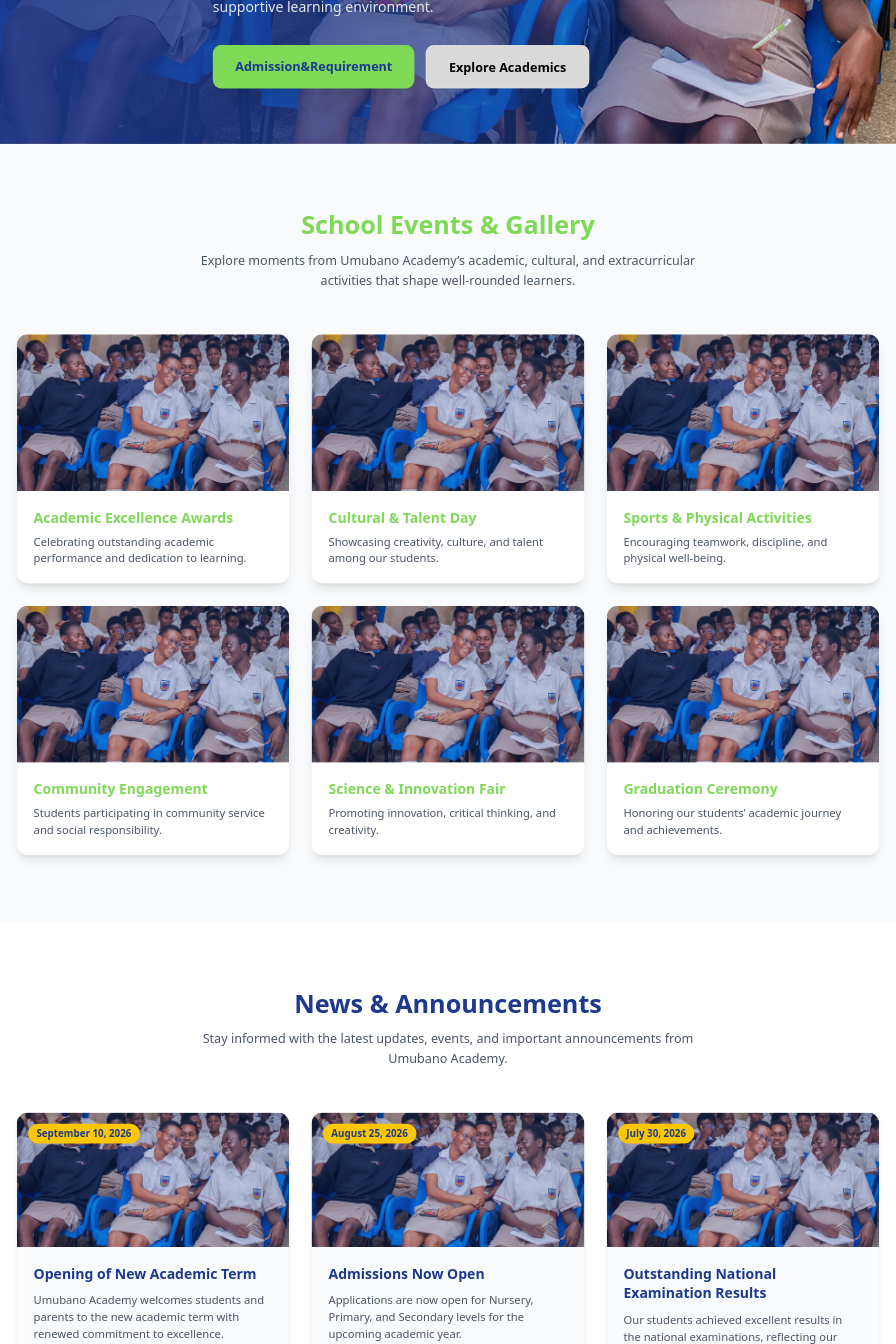
Repository: Umubano-Academy/umubano-academy-website
Page: /
The author's editor kept a copy of each file at every save. The page is drawn from the files as they stood at one save, then again after the next save.
The browser window is 1280 px wide. The pictures show the part of the page from y = 639 to 2559 px (the page is 4935 px tall), at 70% of full size.
The project was rebuilt for these pictures with package versions that can differ from the ones it lists, and the page was loaded fresh each time. Also part of the build but not shown: vite.config.js, src/components/guest/Admission.jsx, src/components/guest/Academic.jsx, src/components/guest/About.jsx, src/components/admin/sidebar/data/menuData.js, src/components/admin/sidebar/SideBar.jsx, src/components/admin/Header/Header.jsx, src/components/admin/LayOut.jsx and 3 more.

Above is the page before, as saved 2026-01-13 18:58:36.

### index.html
<!doctype html>
<html lang="en">
  <head>
    <meta charset="UTF-8" />
    <!-- <link rel="icon" type="image/svg+xml" href="/vite.svg" /> -->
    <meta name="viewport" content="width=device-width, initial-scale=1.0" />
    <title>umubano-academy</title>
  </head>
  <body>
    <div id="root"></div>
    <script type="module" src="/src/main.jsx"></script>
  </body>
</html>

### src/App.jsx
import React from 'react'
import { BrowserRouter, Route, Routes } from 'react-router-dom'
import NavBar from './components/guest/NavBar'
import Hero from './components/guest/Hero'
import Event from './components/guest/Event'
import News from './components/guest/News'
import Layout from './components/guest/Layout'
import Home from './components/guest/Home'
import Admission from './components/guest/Admission'
import Academic from './components/guest/Academic'
import About from './components/guest/About'
import LayOut from './components/admin/LayOut'
import Dashboard from './components/admin/pages/Dashboard'
import Login from './components/guest/forms/Login'
import ResetPassword from './components/guest/forms/ResetPassword'


function App() {
  return (
    <BrowserRouter>

    <Routes>
      <Route path='/' element={<Layout />}>
      <Route index element={<Home />} />
      <Route path='/admission' element={<Admission />} />
      <Route path='/academic' element={<Academic />} />
      <Route path='/aboutus' element={<About />} />
      <Route path='/login' element={<Login />} />
      <Route path="/password-reset" element={<ResetPassword />} />
      </Route>

      <Route path='/admin' element={<LayOut />}>
      <Route index element={<Dashboard />} />
      </Route>
    </Routes>
    </BrowserRouter>

  )
}

export default App

### src/components/guest/NavBar.jsx
import React, { useState } from "react"
import { Menu, X, Phone, Mail, GraduationCap } from "lucide-react"
import { motion, AnimatePresence } from "framer-motion"
import logo from "../../assets/UALOGO.png"
import { Link } from "react-router-dom"

function NavBar() {
  const [open, setOpen] = useState(false)

  const navLinks = [
    "Home",
    "About",
    "Academics",
    "Admissions",
    "News",
    "Events",
    "Contact",
  ]

  return (
    <>
      {/* Top Info Bar */}
      <div className="hidden md:flex justify-between items-center px-8 py-2 bg-[#FFDE59] text-white text-sm">
        <div className="flex items-center gap-4">
          <span className="flex items-center gap-1 text-xl text-[#0AB0EE] font-medium">
            <Phone size={18} /> +250 782029655
          </span>
          <span className="flex text-xl items-center gap-1  text-[#0AB0EE] font-medium">
            <Mail size={18} /> info@umubanoacademy.rw
          </span>
        </div>
        <span className=" text-xl  text-[#0AB0EE] font-medium">Excellence in Education</span>
      </div>

      {/* Main Navbar */}
      <header className="sticky top-0 z-50 bg-white/80 backdrop-blur-xl shadow-sm">
        <div className="max-w-7xl mx-auto px-6">
          <div className="flex items-center justify-between h-20">

            {/* Logo */}
            <Link to="/" className="flex items-center gap-3">
              <img src={logo} alt="Umubano Academy Logo" className="w-16 h-16 object-contain" />
              {/* <div className="w-12 h-12 bg-blue-900 text-white flex items-center justify-center rounded-xl">
                <GraduationCap size={28} />
              </div> */}
              <div>
                <h1 className="text-xl font-bold text-blue-900">
                  Umubano Academy
                </h1>
                <p className="text-xs text-gray-500">
                  Knowledge • Discipline • Excellence
                </p>
              </div>
            </Link>

            {/* Desktop Menu */}
            <nav className="hidden lg:flex items-center gap-10">
              {navLinks.map((link) => (
                <a
                  key={link}
                  href={`/${link.toLowerCase()}`}
                  className="relative text-gray-700 font-medium hover:text-blue-900 transition group"
                >
                  {link}
                  <span className="absolute left-0 -bottom-1 w-0 h-0.5 bg-blue-900 transition-all group-hover:w-full"></span>
                </a>
              ))}
            </nav>

            {/* CTA */}
            <div className="hidden lg:flex">
              <a
                href="/login"
                className="bg-[#0AB0EE] text-white px-6 py-3 rounded-xl font-medium shadow-lg hover:shadow-xl transition"
              >
                Sign in
              </a>
            </div>

            {/* Mobile Menu Button */}
            <button
              onClick={() => setOpen(!open)}
              className="lg:hidden text-blue-900"
            >
              {open ? <X size={30} /> : <Menu size={30} />}
            </button>
          </div>
        </div>

        {/* Mobile Menu */}
        <AnimatePresence>
          {open && (
            <motion.div
              initial={{ opacity: 0, y: -20 }}
              animate={{ opacity: 1, y: 0 }}
              exit={{ opacity: 0, y: -20 }}
              transition={{ duration: 0.3 }}
              className="lg:hidden bg-white shadow-xl"
            >
              <div className="flex flex-col px-6 py-6 gap-6">
                {navLinks.map((link) => (
                  <a
                    key={link}
                    href={`/${link.toLowerCase()}`}
                    className="text-lg font-medium text-gray-700 hover:text-blue-900"
                    onClick={() => setOpen(false)}
                  >
                    {link}
                  </a>
                ))}

                <Link to="login"

                  className="mt-4 text-center bg-blue-900 text-white py-3 rounded-xl font-medium"
                >
                  Login
                </Link>
              </div>
            </motion.div>
          )}
        </AnimatePresence>
      </header>
    </>
  )
}

export default NavBar

### src/components/guest/Hero.jsx
import React from "react"
import { motion } from "framer-motion"
import heroImage from "../../assets/umubano.jpg"

function Hero() {
  return (
    <section
      className="relative h-screen flex items-center"
      style={{
        backgroundImage: `url(${heroImage})`,
        backgroundSize: "cover",
        backgroundPosition: "center",
      }}
    >
      {/* Overlay */}
      <div className="absolute inset-0 bg-gradient-to-r from-blue-900/90 via-blue-900/70 to-transparent"></div>

      {/* Content */}
      <div className="relative z-10 max-w-7xl mx-auto px-6">
        <motion.div
          initial={{ opacity: 0, y: 40 }}
          animate={{ opacity: 1, y: 0 }}
          transition={{ duration: 0.8 }}
          className="max-w-2xl text-white"
        >
          <span className="inline-block mb-4 px-4 py-2 bg-white/10 backdrop-blur rounded-full text-sm font-medium">
            Welcome to Umubano Academy
          </span>

          <h1 className="text-4xl md:text-6xl font-bold leading-tight mb-6">
            Shaping Future Leaders Through{" "}
            <span className="text-[#FFDE59]">Excellence in Education</span>
          </h1>

          <p className="text-lg md:text-xl text-gray-200 mb-10">
            Umubano Academy is committed to nurturing disciplined, innovative,
            and confident learners through quality education, strong values,
            and a supportive learning environment.
          </p>

          <div className="flex flex-col sm:flex-row gap-4">
            <a
              href="/admission"
              className="bg-[#7ED956] text-blue-900 px-8 py-4 rounded-xl font-semibold text-lg hover:bg-[#FFDE59] transition shadow-lg"
            >
              Admission&Requirement
            </a>

            <a
              href="/academic"
              className="border border-white/40 px-8 py-4 rounded-xl font-semibold text-lg text-black bg-[#D9D9D9] hover:bg-[#0AB0EE] hover:text-blue-900 transition"
            >
              Explore Academics
            </a>
          </div>
        </motion.div>
      </div>
    </section>
  )
}

export default Hero

### src/components/guest/Event.jsx
import React from "react"
import { motion } from "framer-motion"
import heroImage from "../../assets/umubano.jpg"

function Event() {
  const items = [
    {
      title: "Academic Excellence Awards",
      description:
        "Celebrating outstanding academic performance and dedication to learning.",
      image: heroImage,
    },
    {
      title: "Cultural & Talent Day",
      description:
        "Showcasing creativity, culture, and talent among our students.",
      image: heroImage,
    },
    {
      title: "Sports & Physical Activities",
      description:
        "Encouraging teamwork, discipline, and physical well-being.",
      image: heroImage,
    },
    {
      title: "Community Engagement",
      description:
        "Students participating in community service and social responsibility.",
      image: heroImage,
    },
    {
      title: "Science & Innovation Fair",
      description:
        "Promoting innovation, critical thinking, and creativity.",
      image: heroImage,
    },
    {
      title: "Graduation Ceremony",
      description:
        "Honoring our students’ academic journey and achievements.",
      image: heroImage,
    },
  ]

  return (
    <section className="py-24 bg-gray-50">
      <div className="max-w-7xl mx-auto px-6">

        {/* Section Header */}
        <motion.div
          initial={{ opacity: 0, y: 30 }}
          whileInView={{ opacity: 1, y: 0 }}
          viewport={{ once: true }}
          transition={{ duration: 0.6 }}
          className="text-center max-w-3xl mx-auto mb-16"
        >
          <h2 className="text-3xl md:text-4xl font-bold text-[#7ED956] mb-4">
            School Events & Gallery
          </h2>
          <p className="text-gray-600 text-lg">
            Explore moments from Umubano Academy’s academic, cultural, and
            extracurricular activities that shape well-rounded learners.
          </p>
        </motion.div>

        {/* Cards Grid */}
        <motion.div
          initial="hidden"
          whileInView="visible"
          viewport={{ once: true }}
          variants={{
            visible: {
              transition: {
                staggerChildren: 0.15,
              },
            },
          }}
          className="grid grid-cols-1 sm:grid-cols-2 lg:grid-cols-3 gap-8"
        >
          {items.map((item, index) => (
            <motion.div
              key={index}
              variants={{
                hidden: { opacity: 0, y: 40 },
                visible: { opacity: 1, y: 0 },
              }}
              transition={{ duration: 0.6 }}
              className="group bg-white rounded-2xl shadow-lg overflow-hidden hover:-translate-y-2 transition"
            >
              {/* Image */}
              <div className="relative h-56 overflow-hidden">
                <img
                  src={item.image}
                  alt={item.title}
                  className="w-full h-full object-cover group-hover:scale-110 transition duration-500"
                />
                <div className="absolute inset-0 bg-blue-900/30 group-hover:bg-blue-900/50 transition"></div>
              </div>

              {/* Content */}
              <div className="p-6">
                <h3 className="text-xl font-semibold text-[#7ED956] mb-2">
                  {item.title}
                </h3>
                <p className="text-gray-600">
                  {item.description}
                </p>
              </div>
            </motion.div>
          ))}
        </motion.div>
      </div>
    </section>
  )
}

export default Event

### src/components/guest/News.jsx
import React from "react"
import { motion } from "framer-motion"
import heroImage from "../../assets/umubano.jpg"

function News() {
  const newsList = [
    {
      title: "Opening of New Academic Term",
      date: "September 10, 2026",
      description:
        "Umubano Academy welcomes students and parents to the new academic term with renewed commitment to excellence.",
      image: heroImage,
    },
    {
      title: "Admissions Now Open",
      date: "August 25, 2026",
      description:
        "Applications are now open for Nursery, Primary, and Secondary levels for the upcoming academic year.",
      image: heroImage,
    },
    {
      title: "Outstanding National Examination Results",
      date: "July 30, 2026",
      description:
        "Our students achieved excellent results in the national examinations, reflecting our quality education.",
      image: heroImage,
    },
  ]

  return (
    <section className="py-24 bg-white">
      <div className="max-w-7xl mx-auto px-6">

        {/* Section Header */}
        <motion.div
          initial={{ opacity: 0, y: 30 }}
          whileInView={{ opacity: 1, y: 0 }}
          viewport={{ once: true }}
          transition={{ duration: 0.6 }}
          className="text-center max-w-3xl mx-auto mb-16"
        >
          <h2 className="text-3xl md:text-4xl font-bold text-blue-900 mb-4">
            News & Announcements
          </h2>
          <p className="text-gray-600 text-lg">
            Stay informed with the latest updates, events, and important
            announcements from Umubano Academy.
          </p>
        </motion.div>

        {/* News Grid */}
        <motion.div
          initial="hidden"
          whileInView="visible"
          viewport={{ once: true }}
          variants={{
            visible: {
              transition: { staggerChildren: 0.15 },
            },
          }}
          className="grid grid-cols-1 md:grid-cols-2 lg:grid-cols-3 gap-8"
        >
          {newsList.map((news, index) => (
            <motion.article
              key={index}
              variants={{
                hidden: { opacity: 0, y: 40 },
                visible: { opacity: 1, y: 0 },
              }}
              transition={{ duration: 0.6 }}
              className="bg-gray-50 rounded-2xl shadow-md hover:shadow-xl transition overflow-hidden group"
            >
              {/* Image */}
              <div className="relative h-48 overflow-hidden">
                <img
                  src={news.image}
                  alt={news.title}
                  className="w-full h-full object-cover group-hover:scale-110 transition duration-500"
                />
                <div className="absolute inset-0 bg-blue-900/30"></div>

                {/* Date Badge */}
                <span className="absolute top-4 left-4 bg-yellow-400 text-blue-900 px-3 py-1 rounded-full text-sm font-semibold">
                  {news.date}
                </span>
              </div>

              {/* Content */}
              <div className="p-6">
                <h3 className="text-xl font-semibold text-blue-900 mb-3">
                  {news.title}
                </h3>
                <p className="text-gray-600 mb-5">
                  {news.description}
                </p>

                <a
                  href="#"
                  className="text-blue-900 font-semibold hover:text-blue-700 transition"
                >
                  Read More →
                </a>
              </div>
            </motion.article>
          ))}
        </motion.div>

        {/* View All */}
        <div className="text-center mt-14">
          <a
            href="/news"
            className="inline-block bg-blue-900 text-white px-8 py-4 rounded-xl font-semibold hover:bg-blue-800 transition shadow-lg"
          >
            View All News
          </a>
        </div>

      </div>
    </section>
  )
}

export default News

### src/components/guest/Layout.jsx
import React from 'react'
import NavBar from './NavBar'
import { Outlet } from 'react-router-dom'
import Footer from './Footer'


function Layout() {
  return (
    <div>
      <NavBar />

      <div>
        <Outlet />
      </div>
      <div>
        <Footer />
      </div>
    </div>
  )
}

export default Layout

### src/components/guest/Home.jsx
import React from 'react'
import NavBar from './NavBar'
import Hero from './Hero'
import Event from './Event'
import News from './News'
import Contact from './Contact'

function Home() {
  return (
    <div>
      <Hero />
      <Event />
      <News />
      <Contact />

    </div>
  )
}

export default Home

### src/components/guest/Footer.jsx
import React from "react"
import {
  Phone,
  Mail,
  MapPin,
  Facebook,
  Twitter,
  Instagram,
  GraduationCap,
} from "lucide-react"
import logo from "../../assets/UALOGO.png"

function Footer() {
  return (
    <footer className="bg-[#0AB0EE] text-white">
      <div className="max-w-7xl mx-auto px-6 py-20">

        {/* Top Section */}
        <div className="grid grid-cols-1 md:grid-cols-2 lg:grid-cols-4 gap-12">

          {/* School Info */}
          <div>
            <div className="flex items-center gap-3 mb-6">
              <img src={logo} alt="Umubano Academy Logo" className="w-16 h-16 object-contain" />
              <h3 className="text-xl font-bold text-white">
                Umubano Academy
              </h3>
            </div>
            <p className="text-white leading-relaxed">
              Umubano Academy is dedicated to providing quality education,
              strong values, and a nurturing environment that shapes future
              leaders.
            </p>
          </div>

          {/* Quick Links */}
          <div>
            <h4 className="text-lg font-semibold text-white mb-6">
              Quick Links
            </h4>
            <ul className="space-y-4">
              {[
                "Home",
                "About Us",
                "Academics",
                "Admissions",
                "News",
                "Contact",
              ].map((link) => (
                <li key={link}>
                  <a
                    href={`/${link.toLowerCase().replace(" ", "")}`}
                    className="hover:text-yellow-400 transition"
                  >
                    {link}
                  </a>
                </li>
              ))}
            </ul>
          </div>

          {/* Contact Info */}
          <div>
            <h4 className="text-lg font-semibold text-white mb-6">
              Contact Us
            </h4>
            <ul className="space-y-4">
              <li className="flex items-start gap-3">
                <Phone size={18} className="text-yellow-400 mt-1" />
                <span>+250 782029655</span>
              </li>
              <li className="flex items-start gap-3">
                <Mail size={18} className="text-yellow-400 mt-1" />
                <span>info@umubanoacademy.rw</span>
              </li>
              <li className="flex items-start gap-3">
                <MapPin size={18} className="text-yellow-400 mt-1" />
                <span>
                  Kigali City, Kicukiro District, Kabeza
                </span>
              </li>
            </ul>
          </div>

          {/* Motto & Social */}
          <div>
            <h4 className="text-lg font-semibold text-white mb-6">
              Our Motto
            </h4>
            <p className="italic mb-6">
              “Knowledge, Discipline & Excellence”
            </p>

            <div className="flex gap-4">
              <a
                href="#"
                className="w-10 h-10 bg-white/10 flex items-center justify-center rounded-full hover:bg-yellow-400 hover:text-blue-900 transition"
              >
                <Facebook size={18} />
              </a>
              <a
                href="#"
                className="w-10 h-10 bg-white/10 flex items-center justify-center rounded-full hover:bg-yellow-400 hover:text-blue-900 transition"
              >
                <Twitter size={18} />
              </a>
              <a
                href="#"
                className="w-10 h-10 bg-white/10 flex items-center justify-center rounded-full hover:bg-yellow-400 hover:text-blue-900 transition"
              >
                <Instagram size={18} />
              </a>
            </div>
          </div>

        </div>
      </div>

      {/* Bottom Bar */}
      <div className="border-t border-white/10 py-6 text-center text-sm text-white">
        © {new Date().getFullYear()} Umubano Academy. All rights reserved.
      </div>
    </footer>
  )
}

export default Footer

Loaded but not shown: src/main.jsx (common file); src/index.css (common file); src/components/guest/Contact.jsx (156 lines, source omitted)

After the next save:
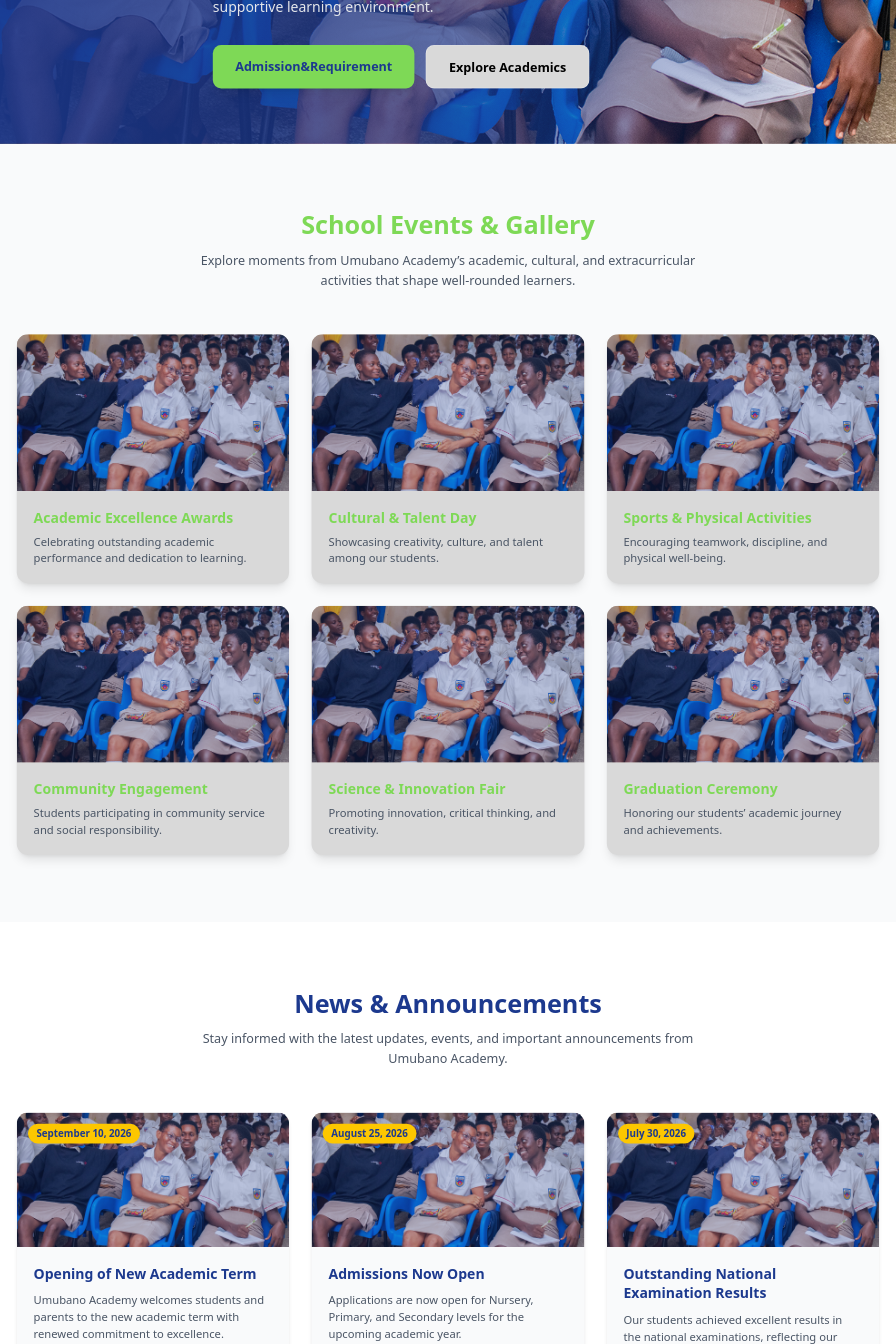
Saved 29 s later.
--- a/src/components/guest/Event.jsx
+++ b/src/components/guest/Event.jsx
@@ -85,7 +85,7 @@ function Event() {
                 visible: { opacity: 1, y: 0 },
               }}
               transition={{ duration: 0.6 }}
-              className="group bg-white rounded-2xl shadow-lg overflow-hidden hover:-translate-y-2 transition"
+              className="group bg-[#D9D9D9] rounded-2xl shadow-lg overflow-hidden hover:-translate-y-2 transition"
             >
               {/* Image */}
               <div className="relative h-56 overflow-hidden">
